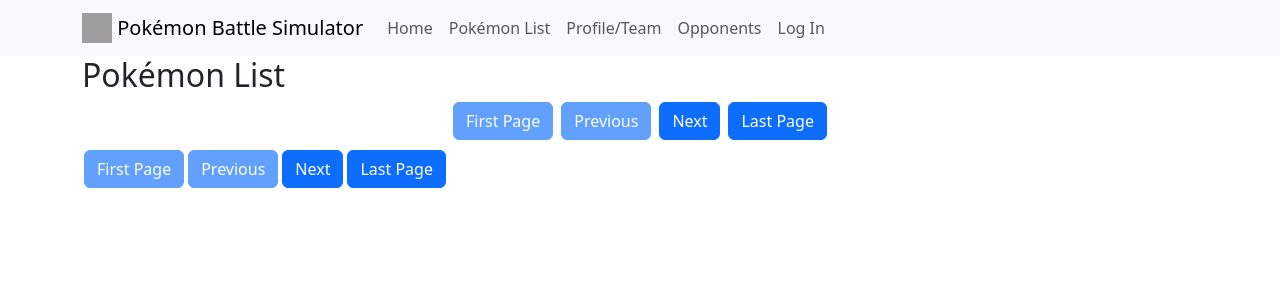
Repository: chsbca/Pokemon-Battle-Simulator
Page: /pokemon_list (app in front-end/)
These files come from the project's save history. The page is drawn as it stood at one moment and after the next save; the edit follows.
The browser window is 1280 px wide. The pictures show the whole page.
Pictures or frames that could not be fetched are drawn as grey boxes. The page's requests for data from a server got no answer. The project was rebuilt for these pictures with package versions that can differ from the ones it lists, and the page was loaded fresh each time. No one was signed in, and anything a server would have sent is missing. Also part of the build but not shown: front-end/vite.config.js, front-end/src/components/ProtectedRoute.jsx, front-end/src/pages/Error404Page.jsx, front-end/src/pages/HomePage.jsx, front-end/src/pages/ProfilePage.jsx, front-end/src/pages/OpponentsPage.jsx, front-end/src/pages/LoginPage.jsx, front-end/src/pages/SignUpPage.jsx and 1 more.

Above is the page before, as saved 2024-04-17 14:59:20.

### front-end/index.html
<!doctype html>
<html lang="en">
  <head>
    <meta charset="UTF-8" />
    <link rel="icon" type="image/svg+xml" href="/vite.svg" />
    <meta name="viewport" content="width=device-width, initial-scale=1.0" />
    <title>Pokemon Battle Simulator!</title>
  </head>
  <body>
    <div id="root"></div>
    <script type="module" src="/src/main.jsx"></script>
  </body>
</html>

### front-end/src/main.jsx
import ReactDOM from "react-dom/client";
import { RouterProvider } from "react-router-dom";
import { UserProvider } from "./components/UserContext"; // Make sure this path is correct
import router from "./router";
import "bootstrap/dist/css/bootstrap.min.css";
// import './App.css'

ReactDOM.createRoot(document.getElementById('root')).render(
  <UserProvider>
    <RouterProvider router={router}/>
  </UserProvider>
);

### front-end/src/components/UserContext.jsx
import React, { createContext, useContext, useState, useEffect } from 'react';

const UserContext = createContext(null);

export const UserProvider = ({ children }) => {
    const [user, setUser] = useState(() => {
        const savedUser = localStorage.getItem('user');
        console.log('Initializing user from localStorage:', savedUser);
        return savedUser ? JSON.parse(savedUser) : null;
    });

    useEffect(() => {
        console.log('User state updated:', user);
    }, [user]);

    return (
        <UserContext.Provider value={{ user, setUser }}>
            {children}
        </UserContext.Provider>
    );
};

export const useUser = () => useContext(UserContext);

### front-end/src/router.jsx
import { createBrowserRouter } from "react-router-dom";
import ProtectedRoute from "./components/ProtectedRoute.jsx"
import App from "./App.jsx"
import Error404Page from "./pages/Error404Page.jsx";
import HomePage from "./pages/HomePage.jsx"
import PokemonListPage from "./pages/PokemonListPage.jsx";
import ProfilePage from "./pages/ProfilePage.jsx";
import OpponentsPage from "./pages/OpponentsPage.jsx";
import LoginPage from "./pages/LoginPage.jsx";
import SignUpPage from "./pages/SignUpPage.jsx";
import BattlePage from "./pages/BattlePage.jsx";

const router = createBrowserRouter([
    {
        path: "/",
        element: <App/>,
        children: [
            {
                index: true,
                element: <HomePage/>
            },
            {
                path: "/pokemon_list/",
                element: <PokemonListPage/>
            },
            {
                path: "/profile/",
                element: <ProtectedRoute><ProfilePage/></ProtectedRoute>
            },
            {
                path: "/opponents/",
                element: <OpponentsPage/>
            },
            {
                path: "/battle/:opponentEmail",
                element: <BattlePage/>,
            },
            {
                path: "/login/",
                element: <LoginPage/>
            },
            {
                path: "/signup/",
                element: <SignUpPage/>
            }
        ],
        errorElement: <Error404Page/>
    }
])

export default router;

### front-end/src/App.jsx
import { Outlet } from "react-router-dom"
import NavbarComponent from "./components/Navbar"

export default function App() {
  return (
    <>
      <NavbarComponent/>
      <Outlet/>
    </>
  )
}

### front-end/src/pages/PokemonListPage.jsx
import React, { useEffect, useState } from "react";
import axios from 'axios';
import { fetchPokemon } from "../fetching/PokemonFetch";
import 'bootstrap/dist/css/bootstrap.min.css';
import Spinner from 'react-bootstrap/Spinner';
import { capitalizeAndFormat } from "../components/formatUtils";

const PokemonListPage = () => {
    const [pokemonDetails, setPokemonDetails] = useState([]);
    const [isLoading, setIsLoading] = useState(true);
    const [page, setPage] = useState(1);
    const limit = 20; // Number of items per page
    const totalPokemons = 1025; // Total number of Pokémon
    const lastPage = Math.ceil(totalPokemons / limit);

    useEffect(() => {
        const getPokemon = async () => {
            setIsLoading(true);
            const data = await fetchPokemon(page);
            const pokemonList = data.pokemon_list || [];
            setPokemonDetails(pokemonList);
            console.log('Pokemon Details:', pokemonList);

            // Fetch sprites for each Pokémon
            const sprites = await Promise.all(pokemonList.map(pokemon => fetchPokemonSprite(pokemon.name)));
            // Assuming pokemonList and sprites are aligned by index
            const pokemonWithSprites = pokemonList.map((pokemon, index) => ({
                ...pokemon,
                sprite: sprites[index]
            }));
            setPokemonDetails(pokemonWithSprites);

            setIsLoading(false);
        };
        getPokemon();
    }, [page]);


    const handleFirstPage = () => setPage(1);
    const handleNext = () => setPage(prev => (prev < lastPage ? prev + 1 : prev));
    const handlePrevious = () => setPage(prev => (prev > 1 ? prev - 1 : prev));
    const handleLastPage = () => setPage(lastPage);

    const fetchPokemonSprite = async (pokemonName) => {
        try {
            const url = `https://pokeapi.co/api/v2/pokemon/${pokemonName}`;
            const response = await fetch(url);
            const data = await response.json();
            console.log(data.sprites)
            return data.sprites.front_default;  // or any other sprite link you need
        } catch (error) {
            console.error('Failed to fetch Pokémon sprite:', error);
            return null;
        }
    };


    if (isLoading) {
        return (
            <>
                <Spinner animation="border" role="status" />
                <div><h1>Loading Pokémon...</h1></div>
            </>
        );
    }

    return (
        <div className="container">
            <h2>Pokémon List</h2>
            <div className="pagination-controls d-flex justify-content-center">
                <button onClick={handleFirstPage} disabled={page === 1} className="btn btn-primary mx-1 mb-2">First Page</button>
                <button onClick={handlePrevious} disabled={page === 1} className="btn btn-primary mx-1 mb-2">Previous</button>
                <button onClick={handleNext} disabled={page >= lastPage} className="btn btn-primary mx-1 mb-2">Next</button>
                <button onClick={handleLastPage} disabled={page >= lastPage} className="btn btn-primary mx-1 mb-2">Last Page</button>
            </div>
            <div className="row">
                {pokemonDetails.map((pokemon, index) => (
                    <div key={index} className="col-sm-6 col-md-4 col-lg-3 mb-4">
                        <div className="card">
                            <img src={pokemon.sprite} className="card-img-top" alt={pokemon.name} />
                            <div className="card-body">
                                <h5 className="card-title">{capitalizeAndFormat(pokemon.name)}</h5>
                                <p className="card-text">Pokédex #{pokemon.pokedexNumber}</p>
                                <p className="card-text">Type/s: {capitalizeAndFormat(pokemon.types.join(', '))}</p>
                                <p className="card-text">HP: {pokemon.stats.hp}</p>
                                <p className="card-text">Attack: {pokemon.stats.attack}</p>
                                <p className="card-text">Defense: {pokemon.stats.defense}</p>
                                <p className="card-text">Special Attack: {pokemon.stats["special_attack"]}</p>
                                <p className="card-text">Special Defense: {pokemon.stats["special_defense"]}</p>
                                <p className="card-text">Speed: {pokemon.stats.speed}</p>
                            </div>
                        </div>
                    </div>
                ))}
            </div>
            <div className="pagination-controls">
                <button onClick={handleFirstPage} disabled={page === 1} className="btn btn-primary" style={{ margin: '2px' }}>First Page</button>
                <button onClick={handlePrevious} disabled={page === 1} className="btn btn-primary" style={{ margin: '2px' }}>Previous</button>
                <button onClick={handleNext} disabled={page >= lastPage} className="btn btn-primary" style={{ margin: '2px' }}>Next</button>
                <button onClick={handleLastPage} disabled={page >= lastPage} className="btn btn-primary" style={{ margin: '2px' }}>Last Page</button>
            </div>
        </div>
    );
}

export default PokemonListPage;

### front-end/src/components/Navbar.jsx
import React from 'react';
import { Container, Navbar, Nav, Button } from 'react-bootstrap';
import { Link, useNavigate } from "react-router-dom";
import axios from 'axios';
import { useUser } from './UserContext';  // Correct import path based on your file structure

export default function NavbarComponent() {
  const { user, setUser } = useUser(); // Correctly access user and setUser
  const navigate = useNavigate();

  const handleLogout = async () => {
    const token = localStorage.getItem('token');
    console.log('Token being sent:', token); // This should print the actual token, not null or undefined
    try {
      const response = await axios.post('http://localhost:8000/poke_user/logout/', {}, {
        headers: { 'Authorization': `Token ${token}` }
      });
      console.log('Logout successful:', response.data);
      localStorage.removeItem('user');
      localStorage.removeItem('token');
      setUser(null);
      navigate('/');
    } catch (error) {
      console.error('Logout failed:', error);
      alert('Logout failed!');
    }
};



  console.log("Current User in Navbar:", user); // Log the current user state

  return (
    <>
      <Navbar expand="lg" className='bg-body-tertiary'>
        <Container>
          <Navbar.Brand as={Link} to="/">
            <img
              alt=""
              src="/pokeball_icon.svg.png"
              width="30"
              height="30"
              className='d-inline-block align-top'
            />{' '}
            Pokémon Battle Simulator
          </Navbar.Brand>
          <Navbar.Toggle aria-controls='basic-navbar-nav'/>
          <Navbar.Collapse id='basic-navbar-nav'>
            <Nav className="me-auto">
              <Nav.Link as={Link} to="/">Home</Nav.Link>
              <Nav.Link as={Link} to="pokemon_list/">Pokémon List</Nav.Link>
              <Nav.Link as={Link} to="profile/">Profile/Team</Nav.Link>
              <Nav.Link as={Link} to="opponents/">Opponents</Nav.Link>
              {!user ? (
                <Nav.Link as={Link} to="/login/">Log In</Nav.Link>
              ) : (
                <Button onClick={handleLogout} variant="outline-danger">Log Out</Button>
              )}
            </Nav>
          </Navbar.Collapse>
        </Container>
      </Navbar>
    </>
  );
}

### front-end/src/fetching/PokemonFetch.jsx
import axios from 'axios'

export const fetchPokemon = async (page = 1) => {
    try {
        const url = `http://localhost:8000/api/pokemon/?page=${page}`;
        const response = await axios.get(url);
        console.log('Raw API Data:', response.data)
        return {
            pokemon_list: response.data.results,
            nextPage: response.data.next,
            previousPage: response.data.previous,
        };
    } catch (error) {
        console.error("error fetching pokemon:", error);
        return {
            pokemon_list: [],
            nextPage: null,
            previousPage: null,
        };
    }
};

### front-end/src/components/formatUtils.js
export const capitalizeAndFormat = (text) => {
    if (!text) return '';  // Return an empty string if text is not provided
    return text
        .replace(/-/g, ' ')  // Replace all hyphens with spaces
        .split(' ')  // Split the string at each space
        .map(part => part.charAt(0).toUpperCase() + part.slice(1).toLowerCase())  // Capitalize the first letter of each part and make sure the rest are lowercase
        .join(' ');  // Join the parts back together with spaces
};

After the next save:
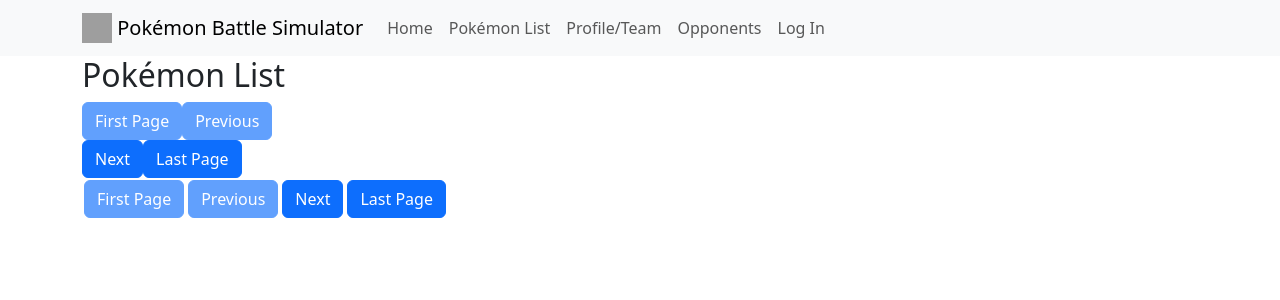
Saved 14 s later.
--- a/front-end/src/pages/PokemonListPage.jsx
+++ b/front-end/src/pages/PokemonListPage.jsx
@@ -67,12 +67,17 @@
     return (
         <div className="container">
             <h2>Pokémon List</h2>
-            <div className="pagination-controls d-flex justify-content-center">
-                <button onClick={handleFirstPage} disabled={page === 1} className="btn btn-primary mx-1 mb-2">First Page</button>
-                <button onClick={handlePrevious} disabled={page === 1} className="btn btn-primary mx-1 mb-2">Previous</button>
-                <button onClick={handleNext} disabled={page >= lastPage} className="btn btn-primary mx-1 mb-2">Next</button>
-                <button onClick={handleLastPage} disabled={page >= lastPage} className="btn btn-primary mx-1 mb-2">Last Page</button>
-            </div>
+            <div className="flex-container">
+    <div className="button-group">
+        <button onClick={handleFirstPage} disabled={page === 1} className="btn btn-primary">First Page</button>
+        <button onClick={handlePrevious} disabled={page === 1} className="btn btn-primary">Previous</button>
+    </div>
+    <div className="button-group">
+        <button onClick={handleNext} disabled={page >= lastPage} className="btn btn-primary">Next</button>
+        <button onClick={handleLastPage} disabled={page >= lastPage} className="btn btn-primary">Last Page</button>
+    </div>
+</div>
+
             <div className="row">
                 {pokemonDetails.map((pokemon, index) => (
                     <div key={index} className="col-sm-6 col-md-4 col-lg-3 mb-4">

After the save that followed:
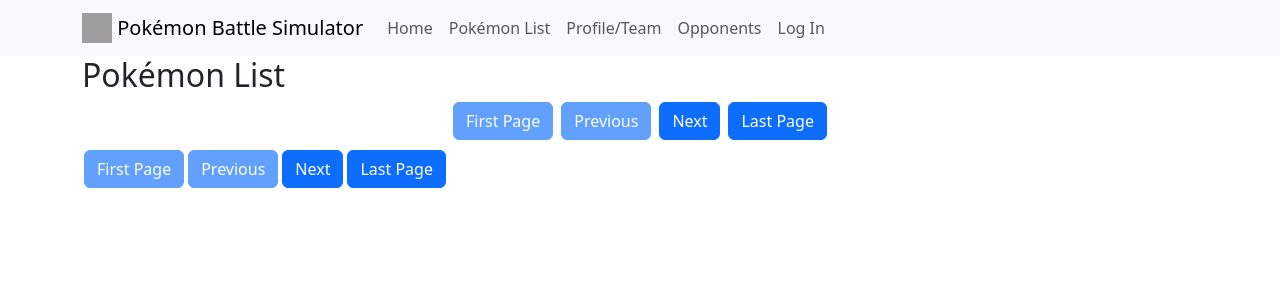
Saved 7 s later.
--- a/front-end/src/pages/PokemonListPage.jsx
+++ b/front-end/src/pages/PokemonListPage.jsx
@@ -67,17 +67,12 @@
     return (
         <div className="container">
             <h2>Pokémon List</h2>
-            <div className="flex-container">
-    <div className="button-group">
-        <button onClick={handleFirstPage} disabled={page === 1} className="btn btn-primary">First Page</button>
-        <button onClick={handlePrevious} disabled={page === 1} className="btn btn-primary">Previous</button>
-    </div>
-    <div className="button-group">
-        <button onClick={handleNext} disabled={page >= lastPage} className="btn btn-primary">Next</button>
-        <button onClick={handleLastPage} disabled={page >= lastPage} className="btn btn-primary">Last Page</button>
-    </div>
-</div>
-
+            <div className="pagination-controls d-flex justify-content-center">
+                <button onClick={handleFirstPage} disabled={page === 1} className="btn btn-primary mx-1 mb-2">First Page</button>
+                <button onClick={handlePrevious} disabled={page === 1} className="btn btn-primary mx-1 mb-2">Previous</button>
+                <button onClick={handleNext} disabled={page >= lastPage} className="btn btn-primary mx-1 mb-2">Next</button>
+                <button onClick={handleLastPage} disabled={page >= lastPage} className="btn btn-primary mx-1 mb-2">Last Page</button>
+            </div>
             <div className="row">
                 {pokemonDetails.map((pokemon, index) => (
                     <div key={index} className="col-sm-6 col-md-4 col-lg-3 mb-4">
